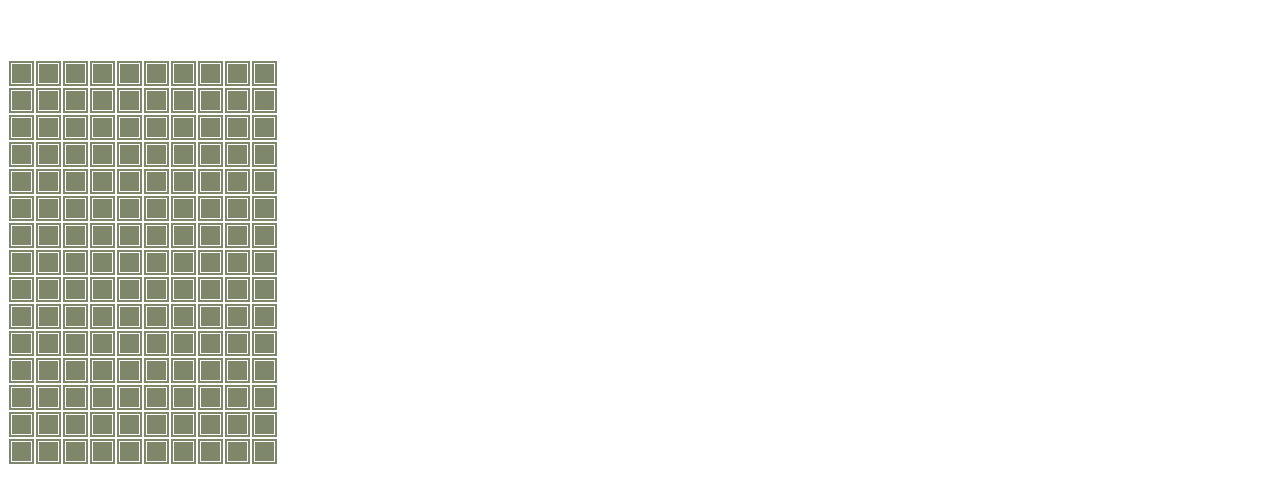
Repository: Muy-bien/Tetris
Page: /
These files come from the project's save history. The page is drawn as it stood at one moment and after the next save; the edit follows.
The browser window is 1280 px wide. The pictures show the whole page.
The project was rebuilt for these pictures with package versions that can differ from the ones it lists, and the page was loaded fresh each time. Also part of the build but not shown: vite.config.js.

Above is the page before, as saved 2021-07-24 10:16:36.

After the next save:
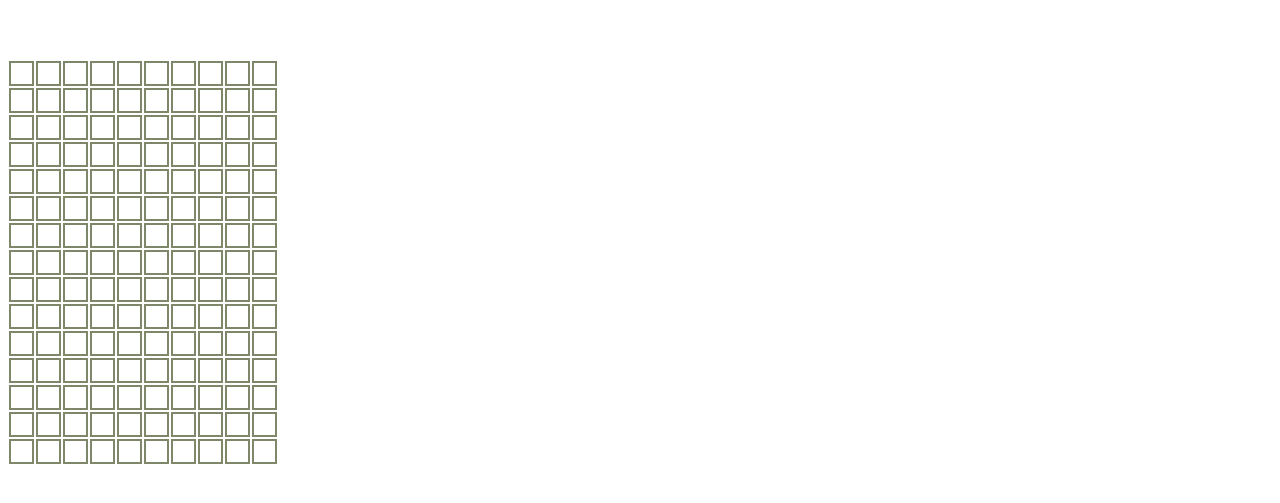
Saved 16 s later.
--- a/src/components/Box.vue
+++ b/src/components/Box.vue
@@ -1,11 +1,11 @@
 <template>
   <div class="box">
-    <div class="box-main">{{props.type}}</div>
+    <!-- <div class="box-main">{{props.type}}</div> -->
   </div>
 </template>
 
 <script setup>
-    const props = defineProps(['type'])
+    // const props = defineProps(['type'])
 </script>
 
 <style scoped>

After the save that followed:
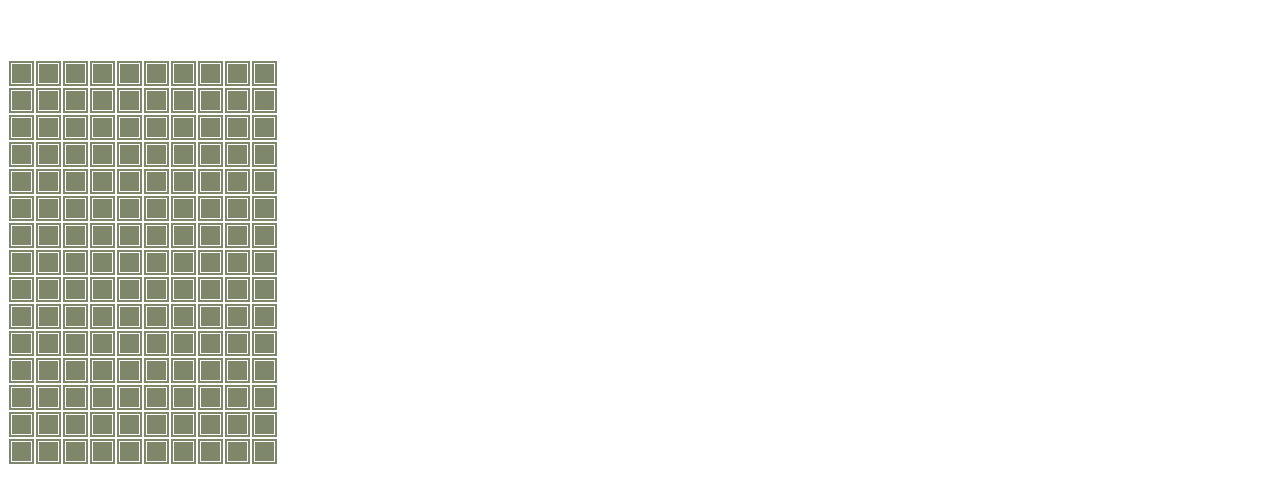
Saved 15 s later.
--- a/src/components/Box.vue
+++ b/src/components/Box.vue
@@ -1,11 +1,11 @@
 <template>
   <div class="box">
-    <!-- <div class="box-main">{{props.type}}</div> -->
+    <div class="box-main">{{props.type}}</div>
   </div>
 </template>
 
 <script setup>
-    // const props = defineProps(['type'])
+    const props = defineProps(['type'])
 </script>
 
 <style scoped>
